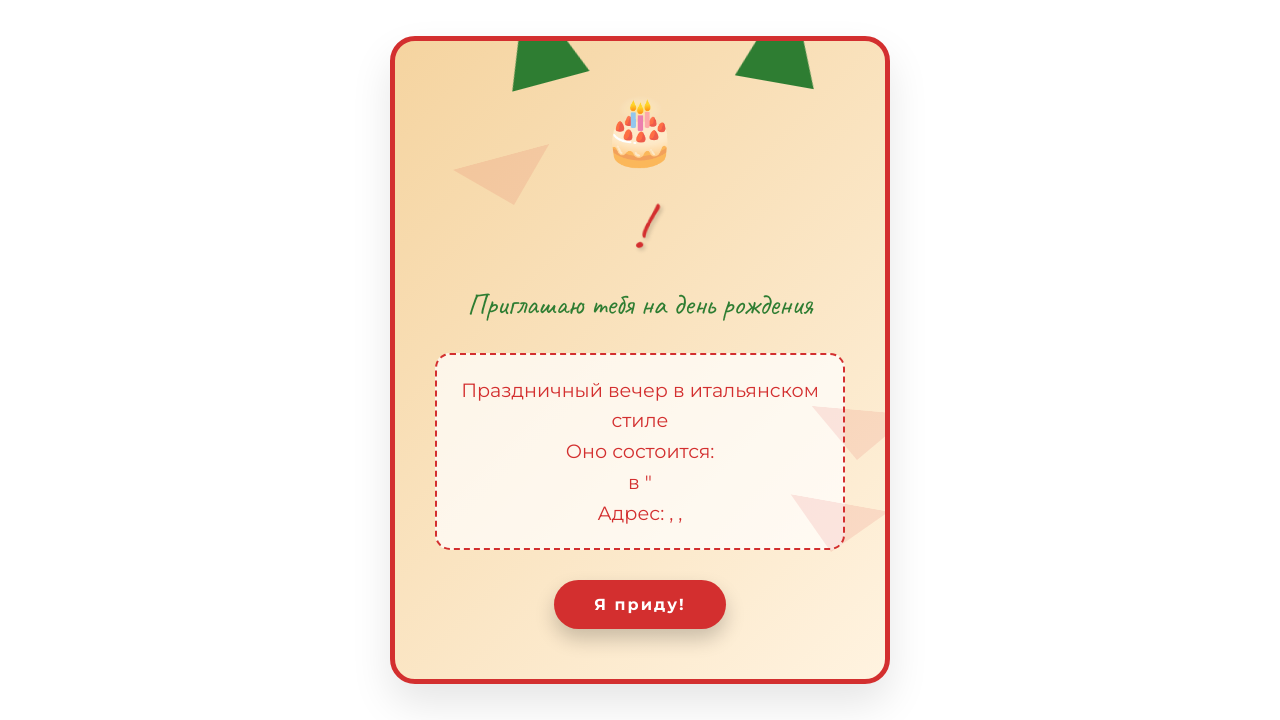
Repository: ll9llall9ll/users-management
Page: templates/6.html
An editor plug-in stored every save of this project. The page is shown before and after the next save, followed by the edit.
The browser window is 1280 px wide. The pictures show the whole page.
The template is drawn by Flask 3. The application's start-up code is not run. The template is opened directly, without the code that normally fills it, so the values that code supplies are empty.

Above is the page before, as saved 2025-03-04 20:01:24.

After the next save:
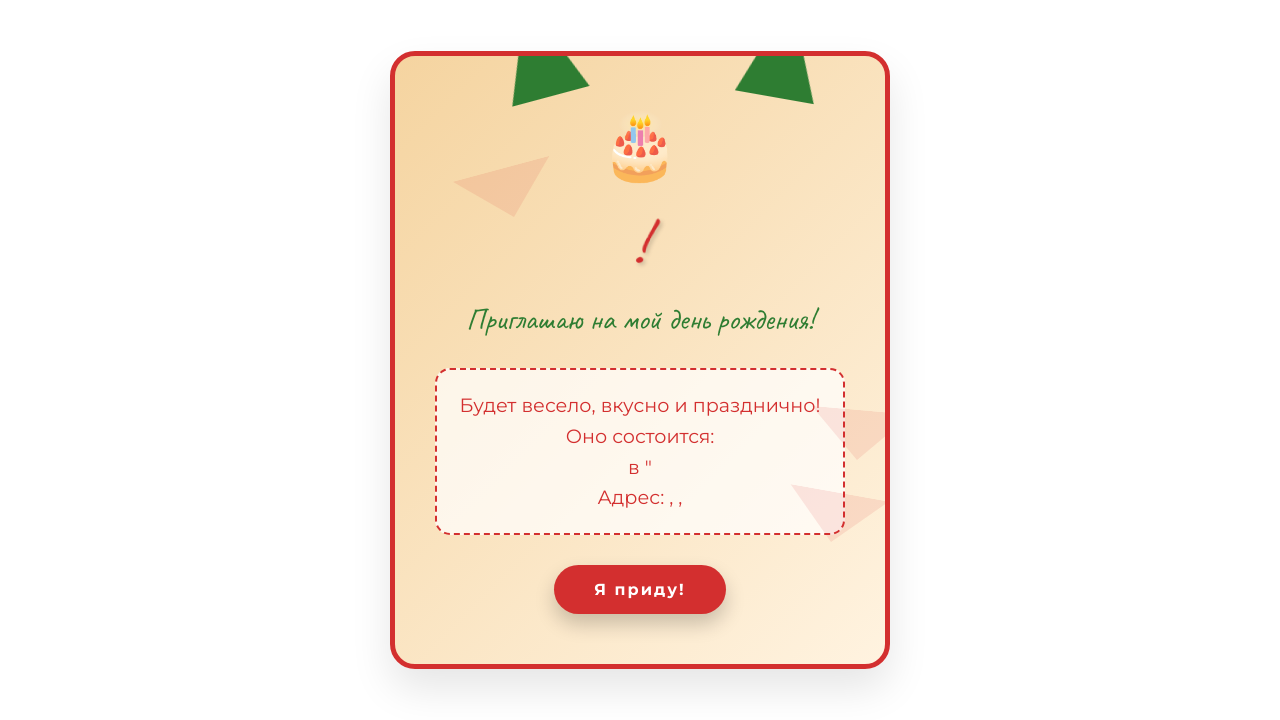
Saved 97 s later.
--- a/templates/6.html
+++ b/templates/6.html
@@ -189,11 +189,11 @@
         <div class="name-highlight">{{invitation.name}}!</div>
 
         <div class="invitation-text">
-            Приглашаю тебя на день рождения
+            Приглашаю на мой день рождения!
         </div>
 
         <div class="event-details">
-            <p>Праздничный вечер в итальянском стиле</p>
+            <p>Будет весело, вкусно и празднично!</p>
             <p>Оно состоится: {{ event.date }} </p>
             <p>в {{ event.hall_name }}"</p>
             <p>Адрес: {{ event.address_country }} , {{ event.address_city }} , {{ event.address_line }} </p>
